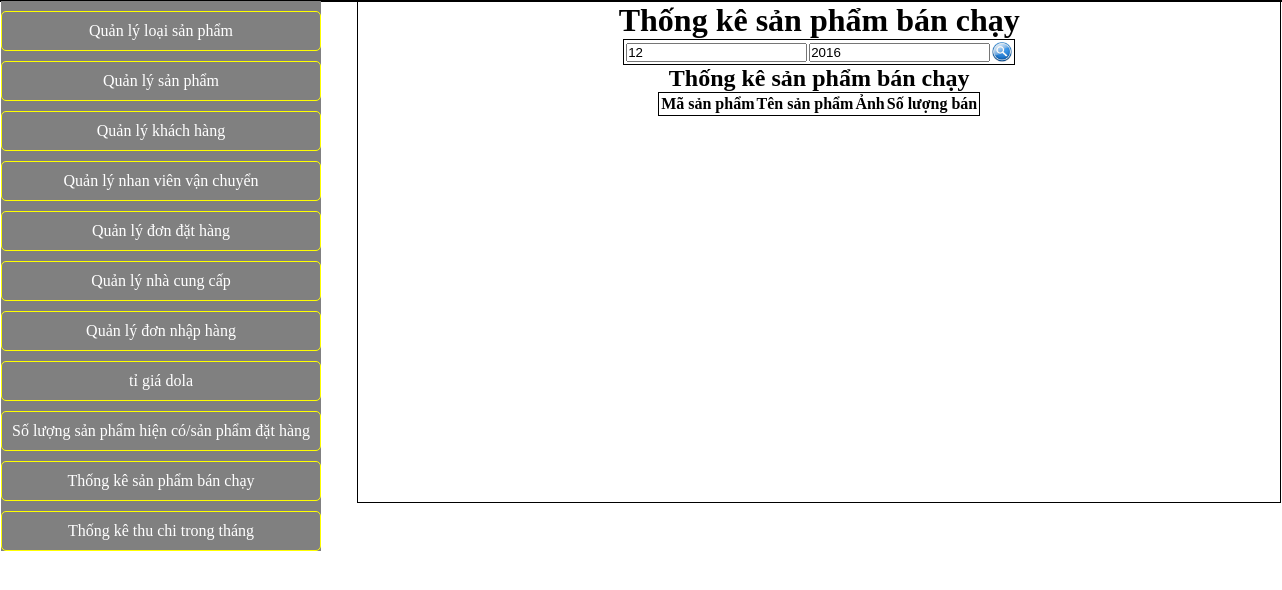
Repository: tranminhtam92/web
Page: http://localhost/demoview/Reportsellingproducts
The author's editor kept a copy of each file at every save. The page is drawn from the files as they stood at one save, then again after the next save.
The browser window is 1280 px wide. The page is 1282 px wide, so the pictures cover 1282 px, including what lies to the right of the window. The pictures show the whole page.
The page is served by Tomcat 9. Other server files are loaded and not shown. Queries for data that is not in the repository find no rows.

Above is the page before, as saved 2016-12-26 07:05:32.

### Code/demoview/WebContent/admin/report_sellingproducts.jsp
<%@ page language="java" contentType="text/html; charset=UTF-8"
    pageEncoding="UTF-8"%>
      <%@ taglib uri="http://java.sun.com/jsp/jstl/core" prefix="c"%>
        <%@ taglib prefix="fmt" uri="http://java.sun.com/jsp/jstl/fmt" %>
<!DOCTYPE html PUBLIC "-//W3C//DTD HTML 4.01 Transitional//EN" "http://www.w3.org/TR/html4/loose.dtd">
<html>
<head>
<meta http-equiv="Content-Type" content="text/html; charset=UTF-8">
<link href="${pageContext.request.contextPath}/admin/Adminstyle.css" rel="stylesheet" type="text/css">
<title>Thống kê sản phẩm bán chạy</title>
</head>
<body>
<div class="wrapper">
<div class="content">
<div class="left">
<jsp:include page="menu.jsp"></jsp:include>
</div>
<div class="right">
<h1>Thống kê sản phẩm bán chạy</h1>


<table>

<tr>
<form action="${pageContext.request.contextPath}/Reportsellingproducts" action="post">
<td><input list="browsers" name="month" placeholder="nhập tháng" value="${month}">
  <datalist id="browsers">
 <option value="1">
 <option value="2">
  <option value="3">
   <option value="4">
    <option value="5">
     <option value="6">
      <option value="7">
  <option value="8">
  <option value="9">
  <option value="10">
  <option value="11">
  <option value="12">
  </datalist>
  </td>
<td> <input list="year" name="year" placeholder="nhập năm" value="${year}">
  <datalist id="year">

 <option value="2016">
 <option value="2017">
  <option value="2018">
   <option value="2019">
    <option value="2020">
     <option value="2021">
      <option value="2022">
  </datalist>
</td>
<td><input type="image" src="${pageContext.request.contextPath}/hinhanh/find.png" alt="submit" name="key" value="search" width="20px" height="20px"></td>
</form>
</tr>
</table>

<h2>Thống kê sản phẩm bán chạy </h2>
<div class="table">

<table>
<tr>
<th> Mã sản phẩm</th>
<th> Tên sản phẩm</th>
<th>Ảnh</th>
<th>Số lượng bán</th>

</tr>
<c:forEach items="${list_products}" var="product">
<tr>
<td>${product.masp }</td>
<td>${product.tensp}</td>
<td><input type="image" src="${pageContext.request.contextPath}/hinhanh/${product.anh} " class="imgsmall" /></td>
<td>${product.soluong} kg</td>
</c:forEach>
</table>
</div>


</div>
</div>
</div>
</body>
</html>

### Code/demoview/WebContent/admin/menu.jsp
<%@ page language="java" contentType="text/html; charset=UTF-8"
    pageEncoding="UTF-8"%>
      <%@ taglib uri="http://java.sun.com/jsp/jstl/core" prefix="c"%>
          <%@ taglib prefix="fmt" uri="http://java.sun.com/jsp/jstl/fmt" %>
<!DOCTYPE html PUBLIC "-//W3C//DTD HTML 4.01 Transitional//EN" "http://www.w3.org/TR/html4/loose.dtd">
<html>
<head>
<meta http-equiv="Content-Type" content="text/html; charset=UTF-8">
<link href="${pageContext.request.contextPath}/admin/Adminstyle.css" rel="stylesheet" type="text/css">
<title>Quản lý sản phẩm</title>
</head>
<body>
<ul>
<li><a href="${pageContext.request.contextPath}/AdminProducttype?key=view"> Quản lý loại sản phẩm</a>
<li><a href="${pageContext.request.contextPath}/Adminproduct?key=view"> Quản lý sản phẩm</a>
<li><a href="${pageContext.request.contextPath}/Admincustomer?key=view"> Quản lý khách hàng</a>
<li><a href="${pageContext.request.contextPath}/Adminemployee?key=view"> Quản lý nhan viên vận chuyển</a>
<li><a href="${pageContext.request.contextPath}/Adminorder?key=view"> Quản lý đơn đặt hàng</a>
<li><a href="${pageContext.request.contextPath}/Adminmanufactor?key=view"> Quản lý nhà cung cấp</a>
<li><a href="${pageContext.request.contextPath}/Adminimportproduct?key=view"> Quản lý đơn nhập hàng</a>
<li><a href="${pageContext.request.contextPath}/Tygiado?key=view"> tỉ giá dola</a>
<c:if test="${sessionScope.role!=null}">
<c:if test="${sessionScope.role=='quantri'}">
<li><a href="${pageContext.request.contextPath}/Adminnhanvienduyetdon?key=view"> Quản lý nhân viên</a>
</c:if>
</c:if>
<li><a href="${pageContext.request.contextPath}/Reportproduct"> Số lượng sản phẩm hiện có/sản phẩm đặt hàng</a>
<li><a href="${pageContext.request.contextPath}/Reportsellingproducts"> Thống kê sản phẩm bán chạy</a>
<li><a href="${pageContext.request.contextPath}/Report_revenues_and_expenditures"> Thống kê thu chi trong tháng</a>
</ul>
</body>

### Code/demoview/src/Admincontroller/Reportsellingproducts.java
package Admincontroller;

import java.io.IOException;
import java.util.ArrayList;
import java.util.Calendar;

import javax.servlet.RequestDispatcher;
import javax.servlet.ServletException;
import javax.servlet.annotation.WebServlet;
import javax.servlet.http.HttpServlet;
import javax.servlet.http.HttpServletRequest;
import javax.servlet.http.HttpServletResponse;

import Model.Dondathang;
import Model.DondathangDAO;
import Model.Donnhaphang;
import Model.DonnhaphangDAO;
import Model.Sanpham;
import Model.SanphamDAO;

/**
 * Servlet implementation class Reportsellingproducts
 */
@WebServlet(urlPatterns={"/Reportsellingproducts"})
public class Reportsellingproducts extends HttpServlet {
	private static final long serialVersionUID = 1L;

    /**
     * @see HttpServlet#HttpServlet()
     */
    public Reportsellingproducts() {
        super();
        // TODO Auto-generated constructor stub
    }

	/**
	 * @see HttpServlet#doGet(HttpServletRequest request, HttpServletResponse response)
	 */
	protected void doGet(HttpServletRequest request, HttpServletResponse response) throws ServletException, IOException {
		// TODO Auto-generated method stub
		//response.getWriter().append("Served at: ").append(request.getContextPath());
		doPost(request,response);
	}

	/**
	 * @see HttpServlet#doPost(HttpServletRequest request, HttpServletResponse response)
	 */
	protected void doPost(HttpServletRequest request, HttpServletResponse response) throws ServletException, IOException {
		// TODO Auto-generated method stub
		request.setCharacterEncoding("UTF-8");
		response.setCharacterEncoding("UTF-8");
		response.setContentType("text/html; charset=UTF-8");
		String thang=request.getParameter("month");
		String nam=request.getParameter("year");
		SanphamDAO spDAO=new SanphamDAO();
		 Calendar cal = Calendar.getInstance();
		if(thang==null){
			thang=String.valueOf(cal.get(Calendar.MONTH)+1);
		}
		if(nam==null){
			nam=String.valueOf(cal.get(Calendar.YEAR));
		}
		String date=thang+"/1/"+nam;
		ArrayList<Sanpham> listsp=spDAO.getsanphambanchaytheothang(date);
		request.setAttribute("list_products", listsp);
		request.setAttribute("month", thang);
		request.setAttribute("year", nam);
		RequestDispatcher dispatcher = request.getServletContext().getRequestDispatcher("/admin/report_sellingproducts.jsp");
		dispatcher.forward(request, response);
	}

}

### Code/demoview/src/Model/SanphamDAO.java
package Model;

import java.sql.Connection;
import java.sql.PreparedStatement;
import java.sql.ResultSet;
import java.sql.SQLException;
import java.text.SimpleDateFormat;
import java.util.ArrayList;
import java.util.Date;

import ConnectDB.ConnectDB;

public class SanphamDAO {
	String strDateFormat = "dd/MM/yyyy";

	SimpleDateFormat simpleDateFormat = new SimpleDateFormat(strDateFormat);

	public ArrayList<Sanpham> get4sanphamtheoloai(String maloai) {
		ArrayList<Sanpham> listsp = new ArrayList<>();
		Connection cn = ConnectDB.getconnectDB();
		String sql = "select top 4 * from sanpham where maloai='" + maloai + "' order by ngay desc";
		try {
			PreparedStatement stm = cn.prepareCall(sql);
			ResultSet rs = stm.executeQuery();
			while (rs.next()) {
				Sanpham sp = new Sanpham();
				sp.setMasp(rs.getString("masp"));
				sp.setTensp(rs.getString("tensp"));
				sp.setGia(rs.getInt("gia"));
				sp.setDonvitinh(rs.getString("donvitinh"));
				sp.setSoluong(rs.getInt("soluong"));
				sp.setMota(rs.getString("mota"));
				sp.setAnh(rs.getString("anh"));
				sp.setNgay(rs.getDate("ngay"));
				sp.setMaloai(rs.getString("maloai"));
				sp.setKhuyenmai(rs.getInt("khuyenmai"));
				sp.setSanphammoi(rs.getBoolean("sanphammoi"));
				listsp.add(sp);
			}
		} catch (SQLException e) {
			// TODO Auto-generated catch block
			e.printStackTrace();
		}
		try {
			cn.close();
		} catch (SQLException e) {
			// TODO Auto-generated catch block
			e.printStackTrace();
		}
		return listsp;
	}
	public ArrayList<Sanpham> get4sanphambanchay() {
		ArrayList<Sanpham> listsp = new ArrayList<>();
		Connection cn = ConnectDB.getconnectDB();
		String sql = "execute sanphambanchay";
		try {
			PreparedStatement stm = cn.prepareCall(sql);
			ResultSet rs = stm.executeQuery();
			while (rs.next()) {
				Sanpham sp = new Sanpham();
				sp.setMasp(rs.getString("masp"));
				sp.setTensp(rs.getString("tensp"));
				sp.setGia(rs.getInt("gia"));
				sp.setDonvitinh(rs.getString("donvitinh"));
				sp.setSoluong(rs.getInt("soluong"));
				sp.setMota(rs.getString("mota"));
				sp.setAnh(rs.getString("anh"));
				sp.setNgay(rs.getDate("ngay"));
				sp.setMaloai(rs.getString("maloai"));
				sp.setKhuyenmai(rs.getInt("khuyenmai"));
				sp.setSanphammoi(rs.getBoolean("sanphammoi"));
				listsp.add(sp);
			}
		} catch (SQLException e) {
			// TODO Auto-generated catch block
			e.printStackTrace();
		}
		try {
			cn.close();
		} catch (SQLException e) {
			// TODO Auto-generated catch block
			e.printStackTrace();
		}
		return listsp;
	}
	public ArrayList<Sanpham> getsanphambanchaytheothang(String ngay) {
		ArrayList<Sanpham> listsp = new ArrayList<>();
		Connection cn = ConnectDB.getconnectDB();
		String sql = "execute sanphambanchaytheothang ?";
		try {
			PreparedStatement stm = cn.prepareCall(sql);
			stm.setString(1, ngay);
			ResultSet rs = stm.executeQuery();
			while (rs.next()) {
				Sanpham sp = new Sanpham();
				sp.setMasp(rs.getString("masp"));
				sp.setTensp(rs.getString("tensp"));
				sp.setGia(rs.getInt("gia"));
				sp.setDonvitinh(rs.getString("donvitinh"));
				sp.setSoluong(rs.getInt("sumsoluong"));
				sp.setMota(rs.getString("mota"));
				sp.setAnh(rs.getString("anh"));
				sp.setNgay(rs.getDate("ngay"));
				sp.setMaloai(rs.getString("maloai"));
				sp.setKhuyenmai(rs.getInt("khuyenmai"));
				sp.setSanphammoi(rs.getBoolean("sanphammoi"));
				listsp.add(sp);
			}
		} catch (SQLException e) {
			// TODO Auto-generated catch block
			e.printStackTrace();
		}
		try {
			cn.close();
		} catch (SQLException e) {
			// TODO Auto-generated catch block
			e.printStackTrace();
		}
		return listsp;
	}
	public ArrayList<Sanpham> getsanphamtheoloai(String maloai) {
		ArrayList<Sanpham> listsp = new ArrayList<>();
		Connection cn = ConnectDB.getconnectDB();
		String sql = "select * from sanpham where maloai='" + maloai + "' order by ngay desc";
		try {
			PreparedStatement stm = cn.prepareCall(sql);
			ResultSet rs = stm.executeQuery();
			while (rs.next()) {
				Sanpham sp = new Sanpham();
				sp.setMasp(rs.getString("masp"));
				sp.setTensp(rs.getString("tensp"));
				sp.setGia(rs.getInt("gia"));
				sp.setDonvitinh(rs.getString("donvitinh"));
				sp.setSoluong(rs.getInt("soluong"));
				sp.setMota(rs.getString("mota"));
				sp.setAnh(rs.getString("anh"));
				sp.setNgay(rs.getDate("ngay"));
				sp.setMaloai(rs.getString("maloai"));
				sp.setKhuyenmai(rs.getInt("khuyenmai"));
				sp.setSanphammoi(rs.getBoolean("sanphammoi"));
				listsp.add(sp);
			}
		} catch (SQLException e) {
			// TODO Auto-generated catch block
			e.printStackTrace();
		}
		try {
			cn.close();
		} catch (SQLException e) {
			// TODO Auto-generated catch block
			e.printStackTrace();
		}
		return listsp;
	}

	public Sanpham getsanpham(String masp) {
		Sanpham sp = new Sanpham();
		Connection cn = ConnectDB.getconnectDB();
		String sql = "select * from sanpham where masp='" + masp + "'";
		try {
			PreparedStatement stm = cn.prepareCall(sql);
			ResultSet rs = stm.executeQuery();
			while (rs.next()) {

				sp.setMasp(rs.getString("masp"));
				sp.setTensp(rs.getString("tensp"));
				sp.setGia(rs.getInt("gia"));
				sp.setDonvitinh(rs.getString("donvitinh"));
				sp.setSoluong(rs.getInt("soluong"));
				sp.setMota(rs.getString("mota"));
				sp.setAnh(rs.getString("anh"));
				sp.setNgay(rs.getDate("ngay"));
				sp.setMaloai(rs.getString("maloai"));
				sp.setKhuyenmai(rs.getInt("khuyenmai"));
				sp.setSanphammoi(rs.getBoolean("sanphammoi"));
				return sp;
			}
		} catch (SQLException e) {
			// TODO Auto-generated catch block
			e.printStackTrace();
		}
		try {
			cn.close();
		} catch (SQLException e) {
			// TODO Auto-generated catch block
			e.printStackTrace();
		}
		return sp;
	}

	public ArrayList<Sanpham> searchproduct(String productname) {
		ArrayList<Sanpham> listsp = new ArrayList<>();
		Connection cn = ConnectDB.getconnectDB();
		String sql = "select * from sanpham where tensp like N'%" + productname + "%' order by ngay desc";
		try {
			PreparedStatement stm = cn.prepareStatement(sql);

			ResultSet rs = stm.executeQuery();
			while (rs.next()) {
				Sanpham sp = new Sanpham();
				sp.setMasp(rs.getString("masp"));
				sp.setTensp(rs.getString("tensp"));
				sp.setGia(rs.getInt("gia"));
				sp.setDonvitinh(rs.getString("donvitinh"));
				sp.setSoluong(rs.getInt("soluong"));
				sp.setMota(rs.getString("mota"));
				sp.setAnh(rs.getString("anh"));
				sp.setNgay(rs.getDate("ngay"));
				sp.setMaloai(rs.getString("maloai"));
				sp.setKhuyenmai(rs.getInt("khuyenmai"));
				sp.setSanphammoi(rs.getBoolean("sanphammoi"));
				listsp.add(sp);
			}
		} catch (SQLException e) {
			// TODO Auto-generated catch block
			e.printStackTrace();
		}
		try {
			cn.close();
		} catch (SQLException e) {
			// TODO Auto-generated catch block
			e.printStackTrace();
		}
		return listsp;
	}
	public ArrayList<Sanpham> searchproductcode(String productcode) {
		ArrayList<Sanpham> listsp = new ArrayList<>();
		Connection cn = ConnectDB.getconnectDB();
		String sql = "select * from sanpham where masp like N'%" + productcode + "%' order by ngay desc";
		try {
			PreparedStatement stm = cn.prepareStatement(sql);

			ResultSet rs = stm.executeQuery();
			while (rs.next()) {
				Sanpham sp = new Sanpham();
				sp.setMasp(rs.getString("masp"));
				sp.setTensp(rs.getString("tensp"));
				sp.setGia(rs.getInt("gia"));
				sp.setDonvitinh(rs.getString("donvitinh"));
				sp.setSoluong(rs.getInt("soluong"));
				sp.setMota(rs.getString("mota"));
				sp.setAnh(rs.getString("anh"));
				sp.setNgay(rs.getDate("ngay"));
				sp.setMaloai(rs.getString("maloai"));
				sp.setKhuyenmai(rs.getInt("khuyenmai"));
				sp.setSanphammoi(rs.getBoolean("sanphammoi"));
				listsp.add(sp);
			}
		} catch (SQLException e) {
			// TODO Auto-generated catch block
			e.printStackTrace();
		}
		try {
			cn.close();
		} catch (SQLException e) {
			// TODO Auto-generated catch block
			e.printStackTrace();
		}
		return listsp;
	}
	public ArrayList<Sanpham> searchproducttype(String producttype) {
		ArrayList<Sanpham> listsp = new ArrayList<>();
		Connection cn = ConnectDB.getconnectDB();
		String sql = "select * from sanpham where maloai like N'%" + producttype + "%' order by ngay desc";
		try {
			PreparedStatement stm = cn.prepareStatement(sql);

			ResultSet rs = stm.executeQuery();
			while (rs.next()) {
				Sanpham sp = new Sanpham();
				sp.setMasp(rs.getString("masp"));
				sp.setTensp(rs.getString("tensp"));
				sp.setGia(rs.getInt("gia"));
				sp.setDonvitinh(rs.getString("donvitinh"));
				sp.setSoluong(rs.getInt("soluong"));
				sp.setMota(rs.getString("mota"));
				sp.setAnh(rs.getString("anh"));
				sp.setNgay(rs.getDate("ngay"));
				sp.setMaloai(rs.getString("maloai"));
				sp.setKhuyenmai(rs.getInt("khuyenmai"));
				sp.setSanphammoi(rs.getBoolean("sanphammoi"));
				listsp.add(sp);
			}
		} catch (SQLException e) {
			// TODO Auto-generated catch block
			e.printStackTrace();
		}
		try {
			cn.close();
		} catch (SQLException e) {
			// TODO Auto-generated catch block
			e.printStackTrace();
		}
		return listsp;
	}
	public void updatesanpham(String masp,String tensp,int gia,String donvitinh,int soluong,String mota,String anh,
			String ngay,String maloai,int khuyenmai,boolean sanphammoi){
		Connection cn=ConnectDB.getconnectDB();
		String sql="update sanpham set tensp=?,gia=?,donvitinh=?,soluong=?,mota=?,sanphammoi=?,ngay=?,maloai=?,khuyenmai=?,anh=? where masp=?";
		try {
			PreparedStatement stm=cn.prepareStatement(sql);
			stm.setString(1, tensp);
			stm.setInt(2, gia);
			stm.setString(3, donvitinh);
			stm.setInt(4, soluong);
			stm.setString(5, mota);
			stm.setBoolean(6, sanphammoi);
			stm.setString(7, ngay);
			stm.setString(8, maloai);
			stm.setInt(9, khuyenmai);
			stm.setString(10, anh);
			stm.setString(11, masp);
			int a=stm.executeUpdate();
		} catch (SQLException e) {
			// TODO Auto-generated catch block
			e.printStackTrace();
		}
	}

	public void updatesanpham(String masp,String tensp,int gia,String donvitinh,int soluong,String mota,
			String ngay,String maloai,int khuyenmai,boolean sanphammoi){
		Connection cn=ConnectDB.getconnectDB();
		String sql="update sanpham set tensp=?, gia=?, donvitinh=?, soluong=?, mota=?, sanphammoi=?, ngay=?, maloai=?, khuyenmai=? where masp=?";
		try {
			PreparedStatement stm=cn.prepareStatement(sql);
			stm.setString(1, tensp);
			stm.setInt(2, gia);
			stm.setString(3, donvitinh);
			stm.setInt(4, soluong);
			stm.setString(5, mota);
			stm.setBoolean(6, sanphammoi);
			stm.setString(7, ngay);
			stm.setString(8, maloai);
			stm.setInt(9, khuyenmai);
			stm.setString(10, masp);
			int a=stm.executeUpdate();
		} catch (SQLException e) {
			// TODO Auto-generated catch block
			e.printStackTrace();
		}
	}
	public void updatesoluongsanpham(String masp,int soluong){
		Connection cn=ConnectDB.getconnectDB();
		String sql="update sanpham set soluong=soluong+?, ngay=getdate() where masp=?";
		try {
			PreparedStatement stm=cn.prepareStatement(sql);
			stm.setInt(1, soluong);
			stm.setString(2, masp);
			int a=stm.executeUpdate();
		} catch (SQLException e) {
			// TODO Auto-generated catch block
			e.printStackTrace();
		}
	}
	public void updatesoluongsanpham(int maddh){
		Connection cn=ConnectDB.getconnectDB();
		String sql="execute soluongtruvanchuyen ?";
		try {
			PreparedStatement stm=cn.prepareCall(sql);
			stm.setInt(1, maddh);

			int a=stm.executeUpdate();
		} catch (SQLException e) {
			// TODO Auto-generated catch block
			e.printStackTrace();
		}
	}
	public void updatethanhtoanfalse(int maddh){
		Connection cn=ConnectDB.getconnectDB();
		String sql="execute soluongcongvanchuyen ?";
		try {
			PreparedStatement stm=cn.prepareCall(sql);
			stm.setInt(1, maddh);

			int a=stm.executeUpdate();
		} catch (SQLException e) {
			// TODO Auto-generated catch block
			e.printStackTrace();
		}
	}
	public void insertsanpham(String masp,String tensp,int gia,String donvitinh,String anh,int soluong,String mota,
			String ngay,String maloai,int khuyenmai,boolean sanphammoi){
		Connection cn=ConnectDB.getconnectDB();
		String sql="insert into sanpham values(?,?,?,?,?,?,?,?,?,?,?)";
		try {
			PreparedStatement stm=cn.prepareStatement(sql);
			stm.setString(1, masp);
			stm.setString(2, tensp);
			stm.setInt(3, gia);
			stm.setString(4, donvitinh);
			stm.setInt(5, soluong);
			stm.setString(6, mota);
			stm.setString(7, anh);
			stm.setString(8, ngay);
			stm.setString(9, maloai);
			stm.setInt(10, khuyenmai);

			stm.setBoolean(11, sanphammoi);

			int a=stm.executeUpdate();
		} catch (SQLException e) {
			// TODO Auto-generated catch block
			e.printStackTrace();
		}
	}
	public static void main(String[] arg) {
		SanphamDAO spdao = new SanphamDAO();
		// ArrayList<Sanpham> listsp=spdao.get4sanphamtheoloai("ca");
		ArrayList<Sanpham> listsp = spdao.searchproduct("cá");
		for (int i = 0; i < listsp.size(); i++) {
			Sanpham sp = new Sanpham();
			sp = listsp.get(i);

			System.out.println(sp.getNgay());

		}
	}
}

### Code/demoview/src/ConnectDB/ConnectDB.java
/**
 *
 */
/**
 * @author tao
 *
 */
package ConnectDB;

import java.sql.Connection;
import java.sql.DriverManager;
import java.sql.ResultSet;
import java.sql.SQLException;

public class ConnectDB{

	public static Connection connection;
	public static Connection getconnectDB(){
		try {
			Class.forName("com.microsoft.sqlserver.jdbc.SQLServerDriver");
		} catch (ClassNotFoundException e) {
			// TODO Auto-generated catch block
			System.out.println("loiconnect succesful");
			e.printStackTrace();
		}

		// Hoặc
		String url = "jdbc:sqlserver://localhost:1433;databaseName=haisan;user=sa;password=vothitam";
		String user = "sa";
		String pass = "vothitam";
		try {
			Connection connection = DriverManager.getConnection(url);
			return connection;
		} catch (SQLException e) {
			// TODO Auto-generated catch block
			e.printStackTrace();
			return null;
		}
	}
	public static boolean getconnectDB(String username,String password){
		try {
			Class.forName("com.microsoft.sqlserver.jdbc.SQLServerDriver");
		} catch (ClassNotFoundException e) {
			// TODO Auto-generated catch block
			System.out.println("loiconnect succesful");
			e.printStackTrace();
		}

		// Hoặc
		String url = "jdbc:sqlserver://localhost:1433;databaseName=haisan;user="+username+";password="+password;
		try {
			connection = DriverManager.getConnection(url);
			return true;
		} catch (SQLException e) {
			// TODO Auto-generated catch block
			return false;
		}
	}
}

### Code/demoview/WebContent/admin/Adminstyle.css
@CHARSET "ISO-8859-1";
*{
    margin: 0;
    padding: 0;
    text-decoration: none;
}
div{
	display: block;
}

td{
	text-align: center;
}
ul li{
		text-decoration: none;
	list-style-type: none;
}
a{

		text-decoration: none;
	list-style-type: none;
}
.wrapper{
	width: 100%;
	height:auto;
}
.content{
		width: 100%;
	height:auto;
		border: 1px solid black;
}
.content .left{
	width: 25%;
	height: auto;
	float:left;

	background-color: gray;
}
.content .left ul{
	margin-top: auto;
	margin-bottom: auto;
}
.content .left ul li a{
	color: white;

}
.content .left ul li a:hover{
	color: yellow;

}
.content .left ul li {
	color:blue;
		border: 1px solid yellow;
		text-align: center;
		margin-top: 10px;
		padding:10px 0 10px 0;
    -moz-border-radius: 5px;
    -webkit-border-radius: 5px;
    -ms-border-radius: 5px;
    -o-border-radius: 5px;
    border-radius: 5px;
}

.content .right{
	text-align:center;
	width: 72%;
	height: 500px;
	float:right;
	border: 1px solid black;
}
.content .right table{

	margin-left:auto;
	margin-right:auto;
	border: 1px solid black;
}
.content .right table tr{


	margin-top: 8px;
}
.content .right table tr th{

	margin-left: 8px;
}
.imgsmall{
	width: 20%;
	height: 20%;
}

After the next save:
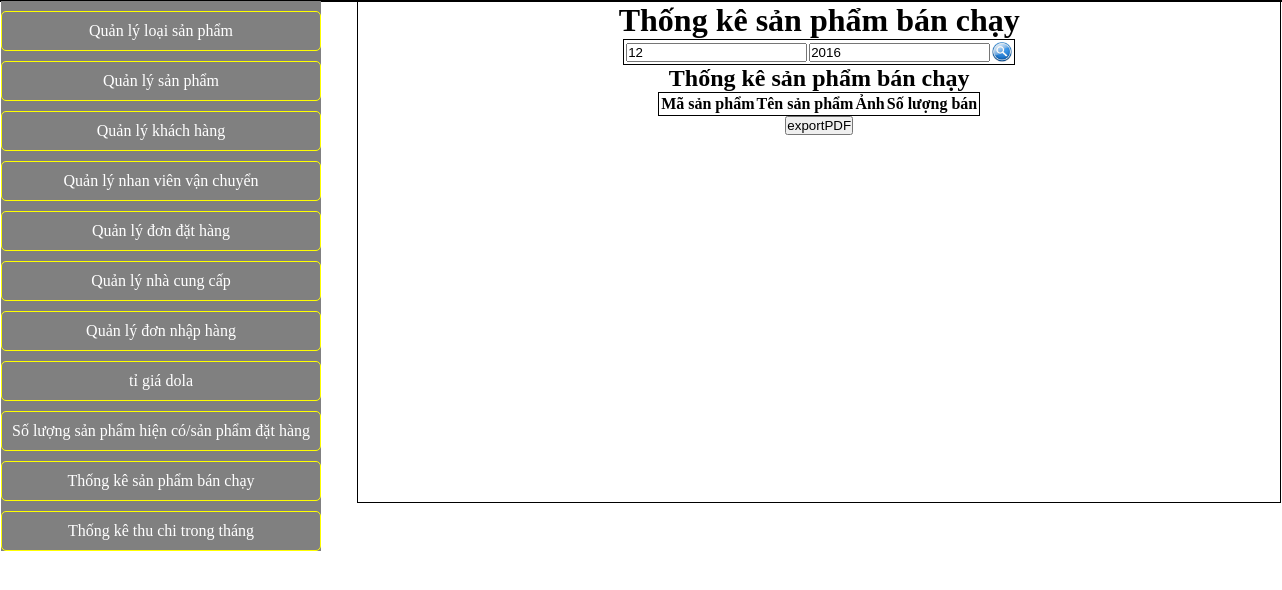
Saved 29 min 24 s later.
--- a/Code/demoview/WebContent/admin/report_sellingproducts.jsp
+++ b/Code/demoview/WebContent/admin/report_sellingproducts.jsp
@@ -77,7 +77,11 @@
 </table>
 </div>
 
-
+<form action="#" method="post">
+<input type="hidden" name="month" value="${month }">
+<input type="hidden" name="year" value="${year }">
+<input type="submit" value="exportPDF" name="key">
+</form>
 </div>
 </div>
 </div>
